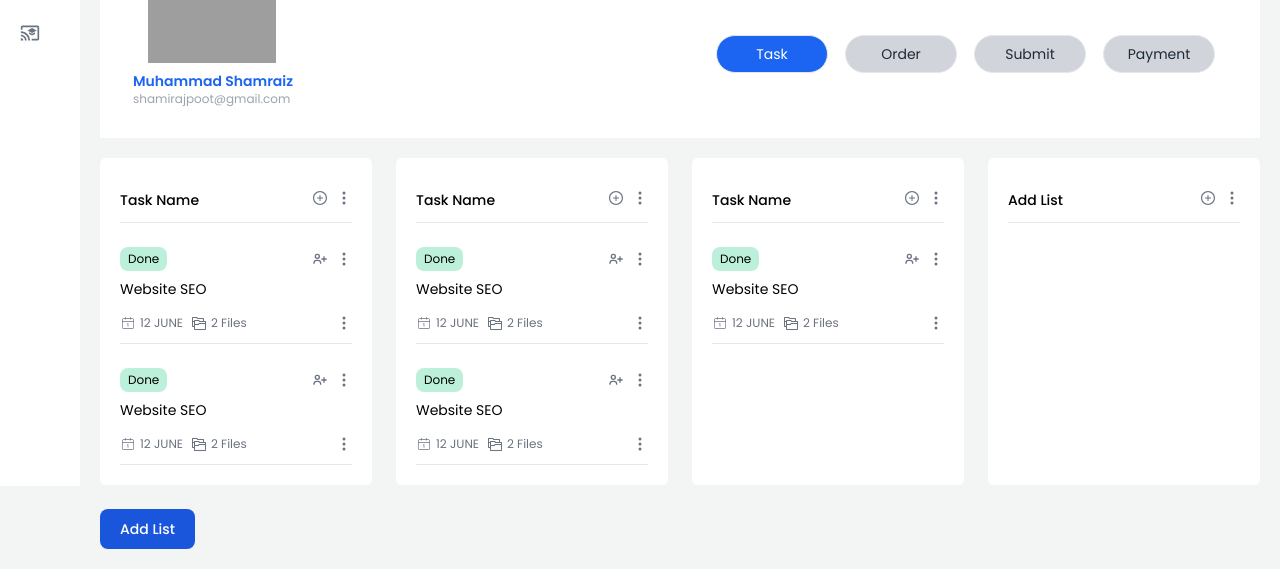
Repository: Shamraiz761/Frontend-Assessment
Page: /
An editor plug-in stored every save of this project. The page is shown before and after the next save, followed by the edit.
The browser window is 1280 px wide. The pictures show the part of the page from y = 234 to 803 px (the page is 803 px tall before and 787 px after).
Pictures or frames that could not be fetched are drawn as grey boxes. The project was rebuilt for these pictures with package versions that can differ from the ones it lists, and the page was loaded fresh each time. Also part of the build but not shown: vite.config.js. Imported but missing from the stored project, and not drawn on this page: src/pages/auth/login.

Above is the page before, as saved 2023-06-09 12:27:15.

After the next save:
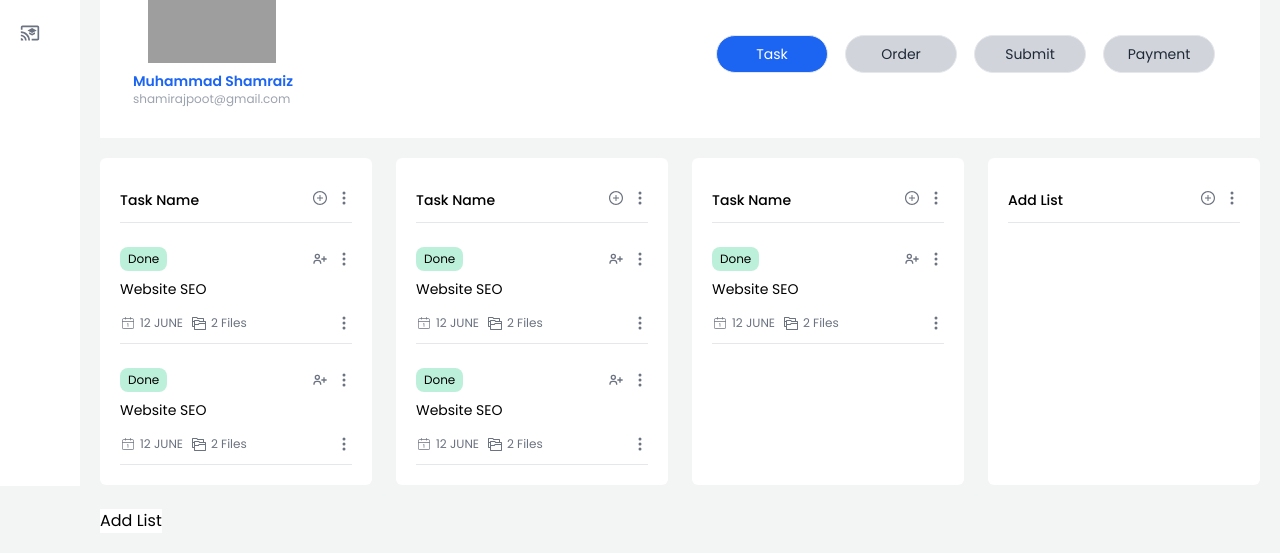
Saved 24 s later.
--- a/src/pages/Dashboard/index.jsx
+++ b/src/pages/Dashboard/index.jsx
@@ -132,7 +132,7 @@ function Home() {
           <button
             data-modal-target="defaultModal"
             data-modal-toggle="defaultModal"
-            className="block text-white bg-blue-700 hover:bg-blue-800 focus:ring-4 focus:outline-none focus:ring-blue-300 font-medium rounded-lg text-sm px-5 py-2.5 text-center dark:bg-blue-600 dark:hover:bg-blue-700 dark:focus:ring-blue-800"
+            className="bg-white "
             type="button"
           >
             Add List
